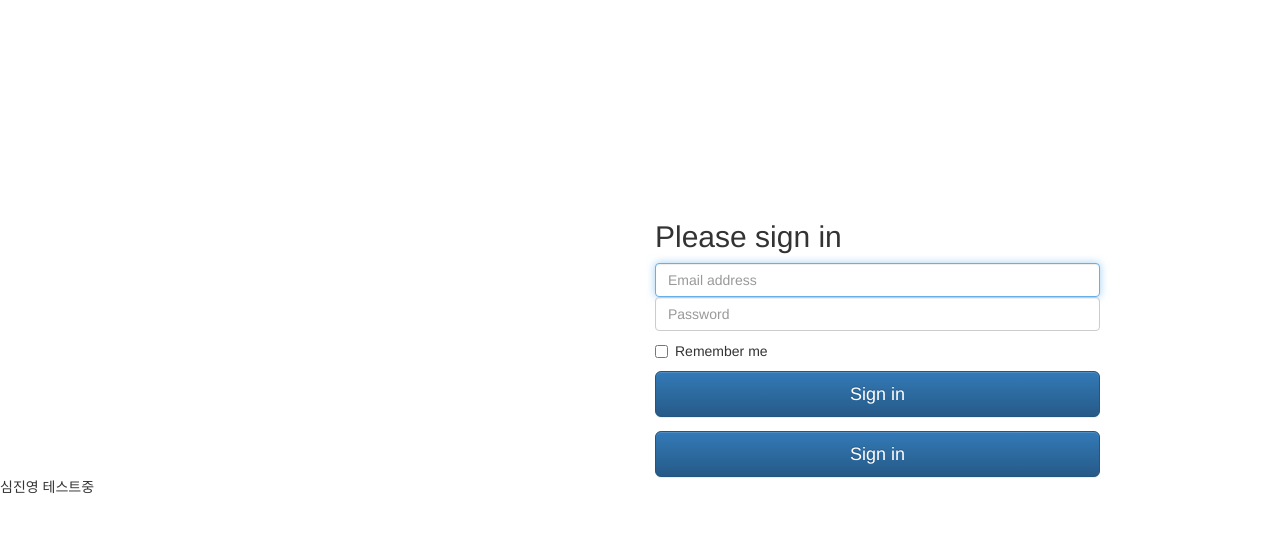
Repository: hrhwbp/Acorn-Final-Project
Page: http://localhost/final_project/index.jsp
An editor plug-in stored every save of this project. The page is shown before and after the next save, followed by the edit.
The browser window is 1280 px wide. The pictures show the whole page.
Some web libraries are served in a nearby version. The page is served by Tomcat 9. Nobody is signed in. The application's start-up code is not run.

Above is the page before, as saved 2016-10-25 09:06:53.

After the next save:
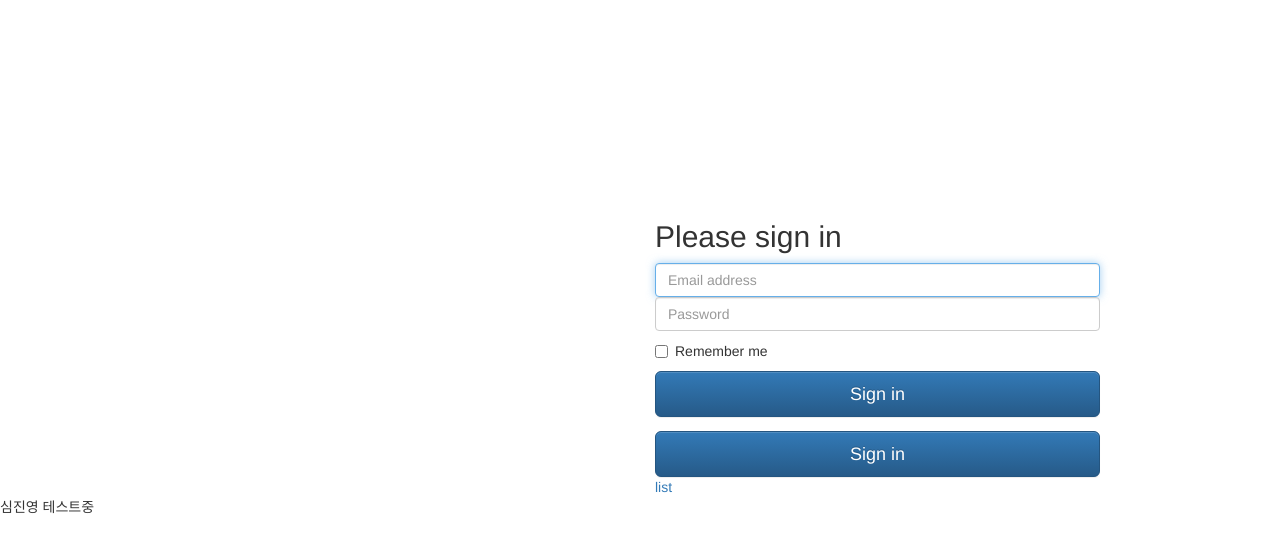
Saved 20 s later.
--- a/final_project/src/main/webapp/index.jsp
+++ b/final_project/src/main/webapp/index.jsp
@@ -41,6 +41,7 @@
 		</form>
 		<button class="btn btn-lg btn-primary btn-block" type="button">Sign
 				in</button>
+		<a href="list">list</a>
 	</div>
 </div>
 <div>심진영 테스트중</div>
